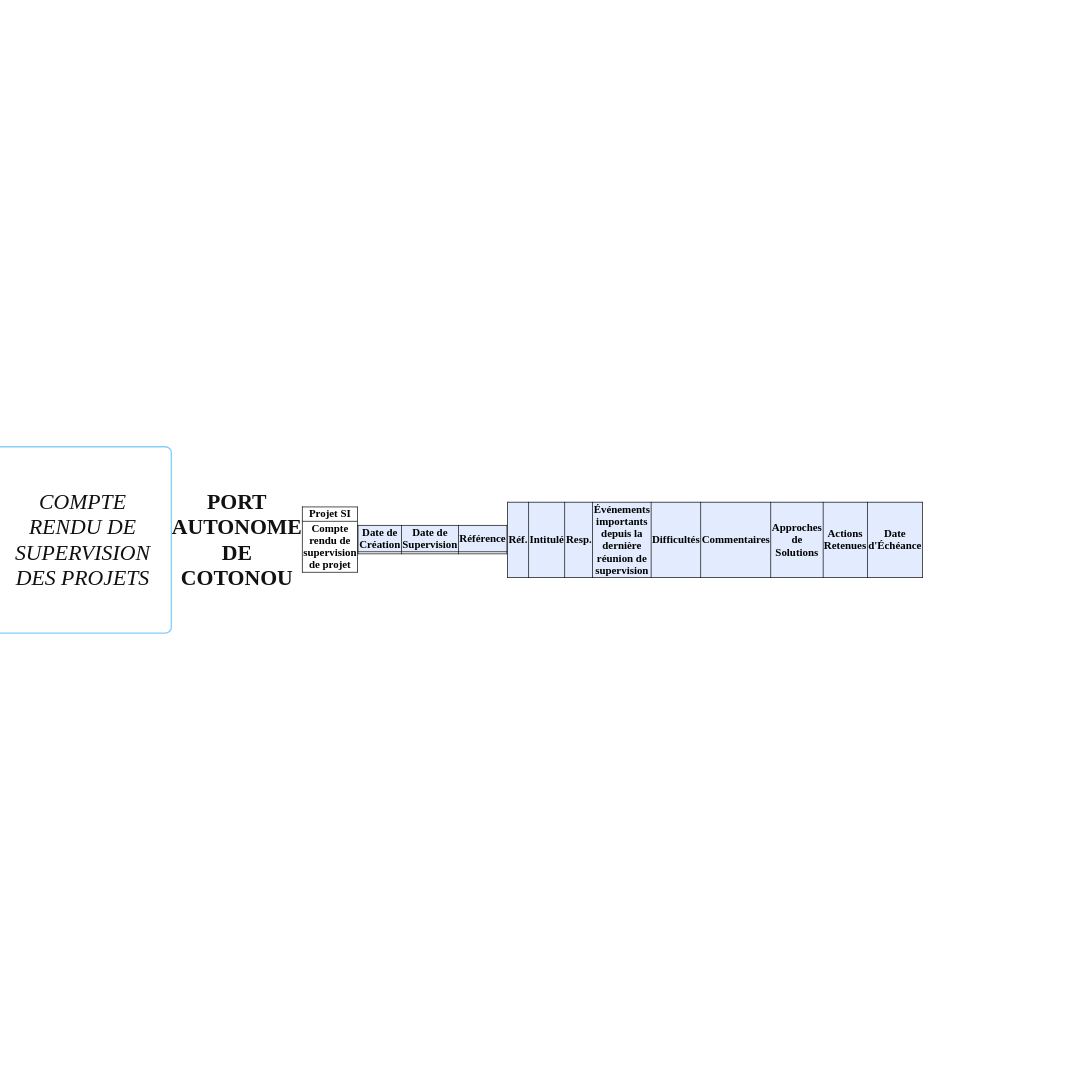
Repository: A2blackMZ/Project
Page: resources/views/report/seanceReport.blade.php
An editor plug-in stored every save of this project. The page is shown before and after the next save, followed by the edit.
The browser window is 1280 px wide. The page is 1357 px wide, then 1591 px, so the pictures cover 1591 px, including what lies to the right of the window. The pictures show the whole page, at 68% of full size.
The page is served by the project's Laravel application, run on PHP 8.4 with Laravel 10. Other server files are loaded and not shown. The template is opened directly, without the code that normally fills it, so the values that code supplies are empty.

Above is the page before, as saved 2024-04-04 09:47:14.

### app/Http/Controllers/API/AuthController.php
<?php

namespace App\Http\Controllers\API;

use App\Http\Controllers\Controller;
use Illuminate\Http\Request;
use Illuminate\Support\Facades\Hash;
use Illuminate\Support\Facades\Auth;
use App\Models\User;

class AuthController extends Controller
{
    public function register(Request $request)
    {
        // Validez les données du formulaire d'inscription
        $request->validate([
            'name' => 'required|string',
            'email' => 'required|email|unique:users',
            'password' => 'required|string|min:8',
        ]);

        // Créez un nouvel utilisateur
        $user = new User([
            'name' => $request->input('name'),
            'email' => $request->input('email'),
            'password' => Hash::make($request->input('password')),
        ]);

        // Enregistrez l'utilisateur dans la base de données
        $user->save();

        // Générez un jeton d'accès pour l'utilisateur nouvellement inscrit
        $token = $user->createToken('MyAppToken')->accessToken;

        // Réponse avec le jeton d'accès et les informations de l'utilisateur
        return response()->json([
            'message' => 'Inscription réussie',
            'user' => $user,
            'access_token' => $token,
        ], 201); // Code de réponse 201 pour la création réussie
    }


    public function login(Request $request)
    {
        // Validez les données de connexion
        $request->validate([
            'email' => 'required|email',
            'password' => 'required|string',
        ]);

        // Tentez de connecter l'utilisateur
        if (Auth::attempt(['email' => $request->input('email'), 'password' => $request->input('password')])) {
            // Authentification réussie, générez un jeton d'accès pour l'utilisateur
            $user = Auth::user();
            $token = $user->createToken('MyAppToken')->accessToken;

            // Réponse avec le jeton d'accès et les informations de l'utilisateur
            return response()->json([
                'message' => 'Authentification réussie',
                'user' => $user,
                'access_token' => $token,
            ], 200); // Code de réponse 200 pour la réussite de l'authentification
        } else {
            // Échec de l'authentification
            return response()->json([
                'message' => 'Échec de l\'authentification',
            ], 401); // Code de réponse 401 pour l'échec de l'authentification
        }
    }

    public function user(Request $request)
    {
        return $request->user();
    }

    public function logout()
    {
        Auth::user()->tokens->each(function ($token, $key) {
            $token->delete();
        });

        return response()->json(['message' => 'Déconnexion réussie']);
    }

    public function getUser()
    {
        $user = Auth::user();

        return response()->json(['user' => $user]);
    }

    public function getUserInfo(Request $request)
    {
        $user = $request->user(); // Récupérez l'utilisateur à partir du jeton d'accès
        $userInfo = [
            'id' => $user->id,
            'name' => $user->name,
        ];

        return response()->json($userInfo);
    }
}

### routes/web.php
<?php

use App\Http\Controllers\SeanceController;
use Illuminate\Support\Facades\Route;

/*
|--------------------------------------------------------------------------
| Web Routes
|--------------------------------------------------------------------------
|
| Here is where you can register web routes for your application. These
| routes are loaded by the RouteServiceProvider and all of them will
| be assigned to the "web" middleware group. Make something great!
|
*/

Route::get('/', function () {
   return 'Je m\'appelle Shadrac';
    // return view('welcome');
});














Route::get('generate_pdf/{seanceId}', [SeanceController::class, 'generatePDF']);

Route::post('seances/{id}/generate-report', [SeanceController::class, 'generateReport']);

### resources/views/report/seanceReport.blade.php
<!DOCTYPE html>
<html lang="en">
<head>
    <meta charset="UTF-8">
    <title>Report de Séance</title>
    <style>
        .title-page {
            margin: 0;
            font-size: 2em; /* Taille du titre */
            text-align: center;
            color: #101110;
        }

        table {
            width: 100%;
            border-collapse: collapse;
        }
        table, th, td {
            border: 1px solid black;
        }
        th, td {
            border: 1px solid black;
            text-align: center;
        }
        th {
            background-color: #e2ecfe;
            font-weight: bold;
        }
        h1 {
            text-align: center;
            color: #101110;
        }

        body {
            margin: 0;
            display: flex;
            justify-content: center;
            align-items: center;
            height: 100vh;
            width: 297mm; /* Largeur A3 */
            height: 420mm; /* Hauteur A3 */
        }

        .card {
            width: 350px;
            padding: 30px;
            background-color: #ffffff;
            border: 2px solid #87CEFA;
            border-radius: 10px;
            margin-bottom: 350px;
            margin-top: 350px;
            margin-left: 20%;
        }


    </style>
</head>
<body>
    <div class="card">
        <div class="title-page">
            <p><em>COMPTE RENDU DE SUPERVISION DES PROJETS</em></p>
        </div>
    </div>

    <br><br>

    <h1>PORT AUTONOME DE COTONOU</h1>
    <br><br>
    <table>
        <tr color: #101110;>
            <td><strong>Projet SI</strong></td>
        </tr>
        <tr>
            <td><strong>Compte rendu de supervision de projet</strong></td>
        </tr>
    </table>

    <br><br>
    <table>
        <tr>
            <th>Date de Création</th>
            <th>Date de Supervision</th>
            <th>Référence</th>
        </tr>
        <tr>
            <td>{{ $seance->date_creation }}</td>
            <td>{{ $seance->date_supervision }}</td>
            <td>{{ $seance->reference }}</td>
        </tr>
    </table>

    <br><br>
    <table>
        <thead>
            <tr>
                <th>Réf.</th>
                <th>Intitulé</th>
                <th>Resp.</th>
                <th>Événements importants depuis la dernière réunion de supervision</th>
                <th>Difficultés</th>
                <th>Commentaires</th>
                <th>Approches de Solutions</th>
                <th>Actions Retenues</th>
                <th>Date d'Échéance</th>
            </tr>
        </thead>
        <tbody>
            @foreach($compteRendus as $index => $compteRendu)
                <tr>
                    @if ($index === 0)
                        <td rowspan="{{ count($compteRendus) }}">{{ $seance->reference }}</td>
                    @endif
                    <td>{{ $projets[$index]->nom }}</td>
                    <td>{{ $seance->nom_chef_projet }}</td>
                    <td>{!! $compteRendu->evenement !!}</td>
                    <td>{!! $compteRendu->difficultes !!}</td>
                    <td>{!! $compteRendu->commentaires !!}</td>
                    <td>{!! $compteRendu->approche_solution !!}</td>
                    <td>{!! $compteRendu->action_retenu !!}</td>
                    <td>{{ $compteRendu->date }}</td>
                </tr>
            @endforeach
        </tbody>
    </table>

</body>
</html>

Loaded but not shown: app/Http/Controllers/Controller.php (common file)

After the next save:
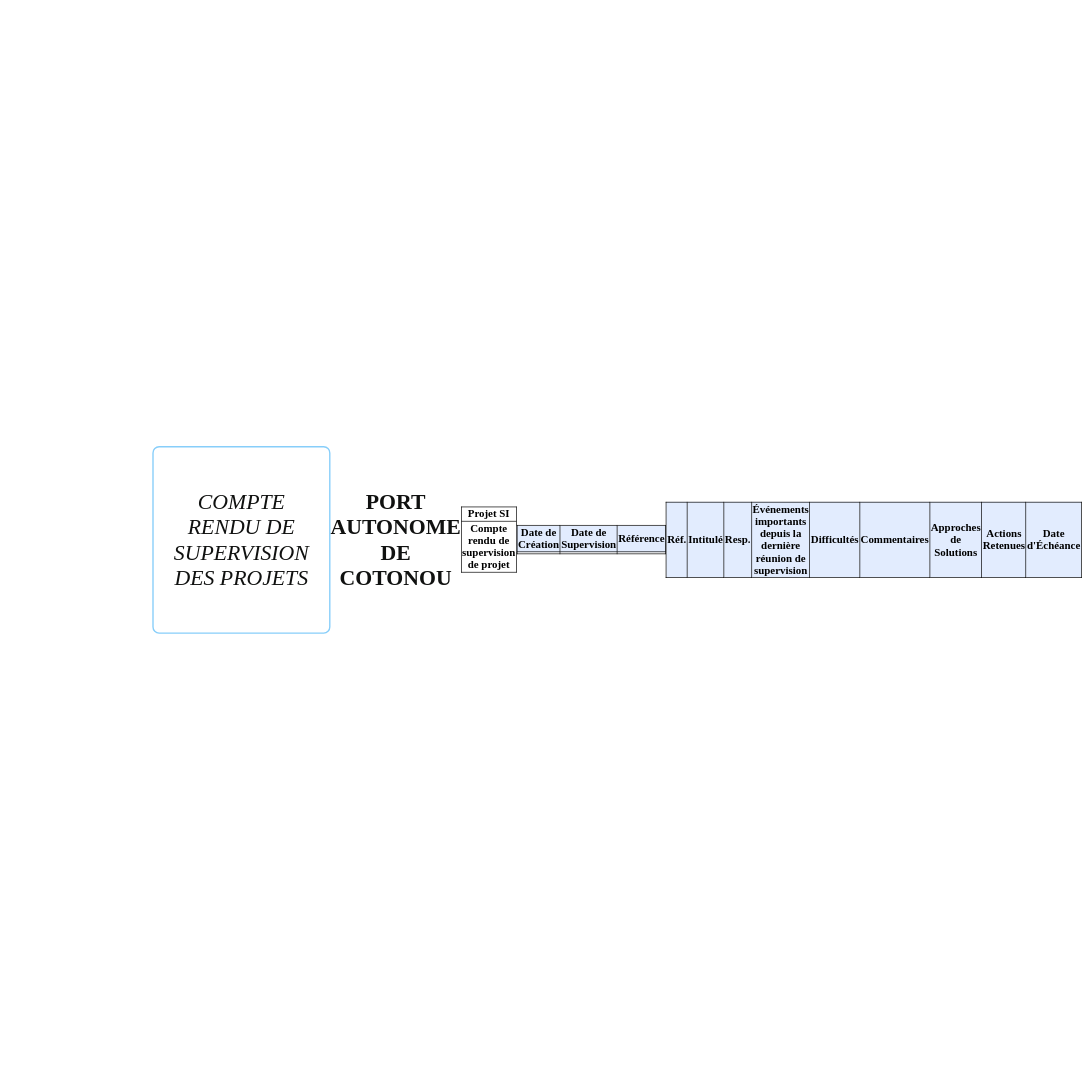
Saved 63 s later.
--- a/resources/views/report/seanceReport.blade.php
+++ b/resources/views/report/seanceReport.blade.php
@@ -37,7 +37,7 @@
             justify-content: center;
             align-items: center;
             height: 100vh;
-            width: 297mm; /* Largeur A3 */
+            width: 400mm; /* Largeur A3 */
             height: 420mm; /* Hauteur A3 */
         }
 
